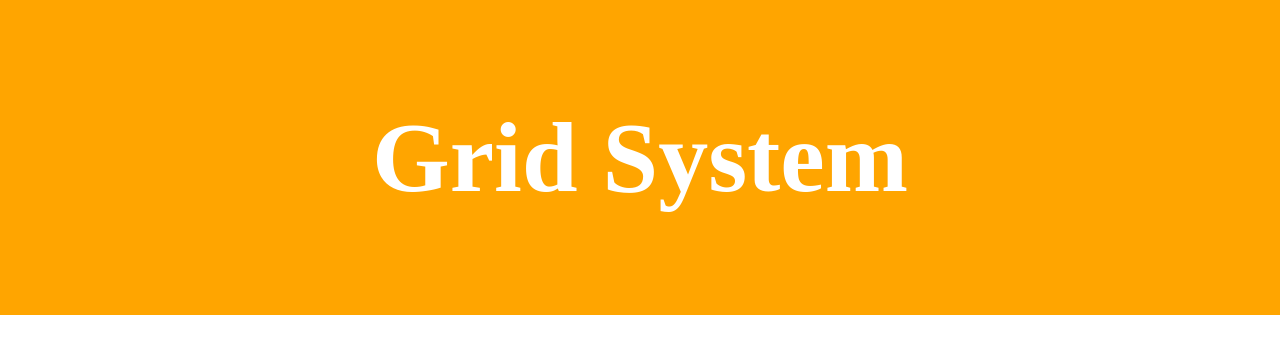
Repository: longtn213/Frond_end_HTML-CSS
Page: Front-End/DemoGrid/index.html
These files come from the project's save history. The page is drawn as it stood at one moment and after the next save; the edit follows.
The browser window is 1280 px wide. The pictures show the whole page.

Above is the page before, as saved 2021-09-21 15:10:40.

### Front-End/DemoGrid/index.html
<!DOCTYPE html>
<html lang="en">
<head>
    <meta charset="UTF-8">
    <meta http-equiv="X-UA-Compatible" content="IE=edge">
    <meta name="viewport" content="width=device-width, initial-scale=1.0">
    <title>Document</title>
    <link rel="stylesheet" href="./grid.css">
    <style>
        body{
            margin: 0;
        }
        .container{
            background-color: orange;
            text-align: center;

        }
        h1{
            padding: 100px 0;
            font-size: 100px;
            color: #fff;
            margin: 0;
        }
    </style>
</head>
<body>
    <div class="grid container">
        <h1>Grid System</h1>
    </div>
</body>
</html>

### Front-End/DemoGrid/grid.css
.grid{
    width: 100%;
    /* dùng tính chất block để cho những thẻ ko có tính chất block */
    display: block;
    padding: 0;
}

.grid.wide{
    max-width: 1200px;
    margin: auto 0;
}

After the next save:
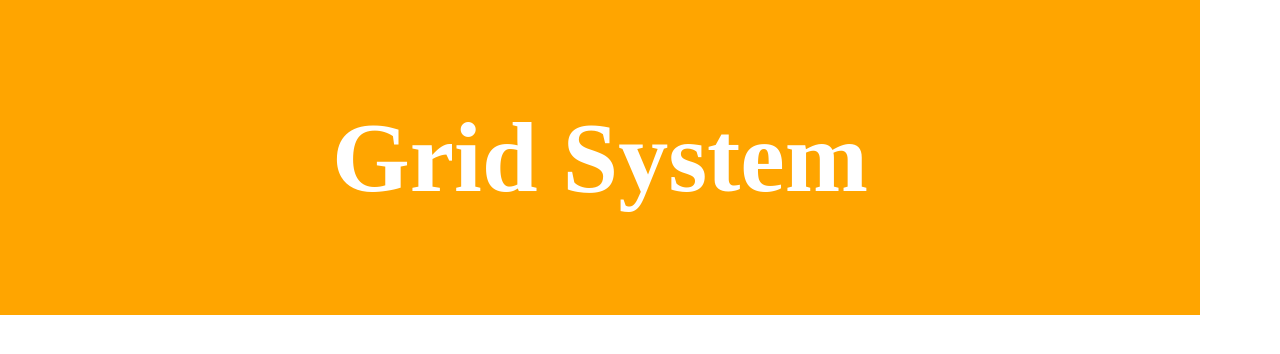
Saved 13 s later.
--- a/Front-End/DemoGrid/index.html
+++ b/Front-End/DemoGrid/index.html
@@ -24,7 +24,7 @@
     </style>
 </head>
 <body>
-    <div class="grid container">
+    <div class="grid wide container">
         <h1>Grid System</h1>
     </div>
 </body>
